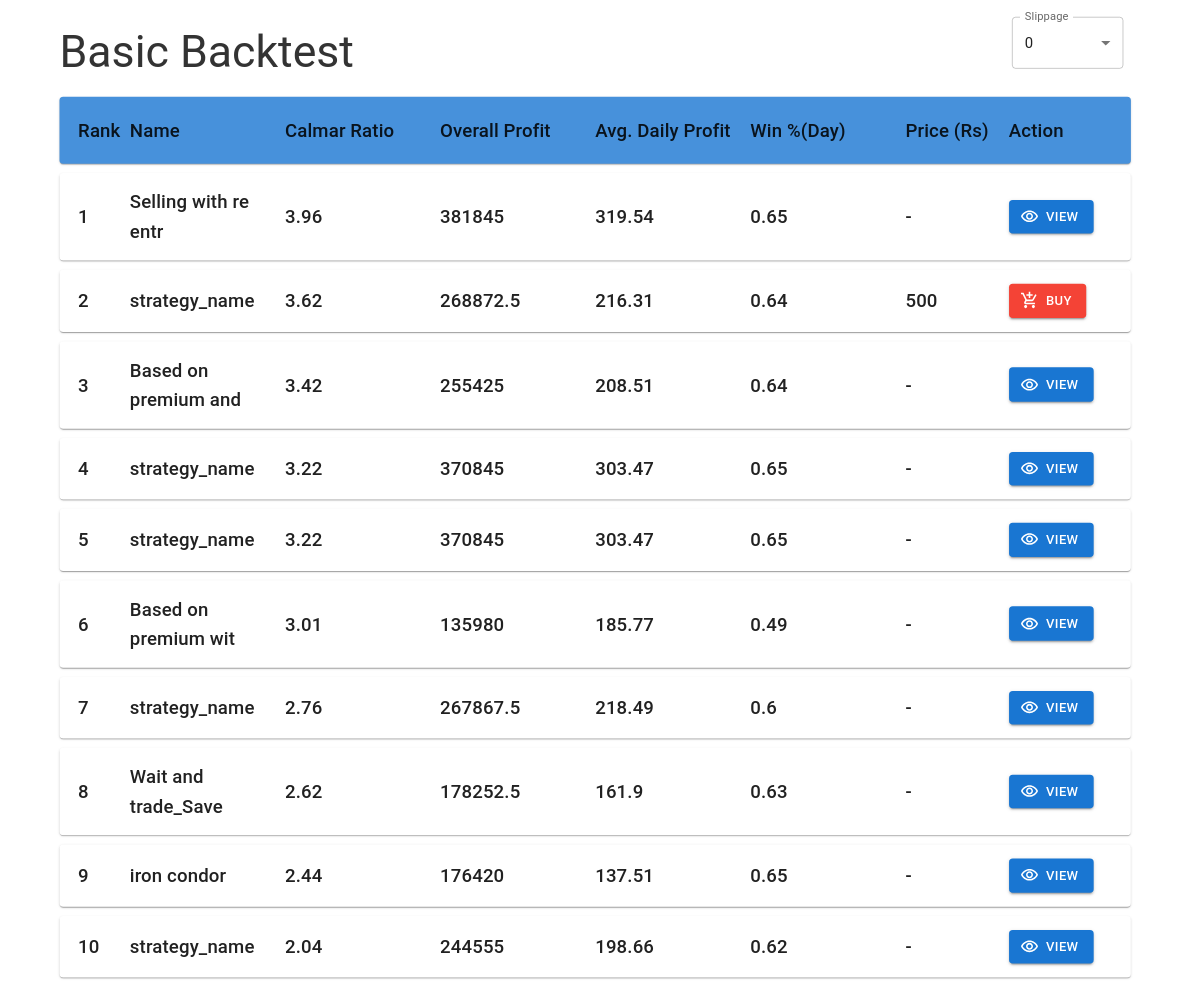
Repository: PraTEEkgUpTa2/Leaderboard
Page: /
The author's editor kept a copy of each file at every save. The page is drawn from the files as they stood at one save, then again after the next save.
The browser window is 1280 px wide. The pictures show the whole page, at 93% of full size.
The project was rebuilt for these pictures with package versions that can differ from the ones it lists, and the page was loaded fresh each time. Also part of the build but not shown: src/App.css.

Above is the page before, as saved 2024-05-28 13:58:52.

### src/index.js
import React from 'react';
import ReactDOM from 'react-dom';
import { ThemeProvider } from '@mui/material/styles';
import App from './App';
import theme from './theme'; // Import the theme object

const root = ReactDOM.createRoot(document.getElementById('root'));
root.render(

  <ThemeProvider theme={theme}>
  <App />
</ThemeProvider>

);

// If you want to start measuring performance in your app, pass a function
// to log results (for example: reportWebVitals(console.log))
// or send to an analytics endpoint. Learn more: https://bit.ly/CRA-vitals

### src/App.js
import React from 'react';
import './App.css';
import Leaderboard from './Leaderboard';

function App() {
  return (
    <div className="App">
      <Leaderboard />
    </div>
  );
}

export default App;

### src/theme.js
// theme.js

import { createTheme } from '@mui/material/styles';

const theme = createTheme({
  palette: {
    primary: {
      main: '#1976d2', // Background color for the table header
      dark: '#135fa8', // Hover color for primary buttons
    },
    error: {
      main: '#f44336', // Background color for "Buy" button
      dark: '#d32f2f', // Hover color for "Buy" button
    },
    common: {
      white: '#fff', // Text color for table header and buttons
    },
  },
});

export default theme;

### src/Leaderboard.js
import React, { useState } from 'react';
import data from './data.json';
import { Container, Box, Typography, FormControl, InputLabel, Select, MenuItem, Paper, Button } from '@mui/material';
import { VisibilityOutlined, AddShoppingCartOutlined } from '@mui/icons-material';
import { styled } from '@mui/system';
import { Line } from 'react-chartjs-2';
import 'chart.js/auto';

const TabContainer = styled(Box)(({ theme }) => ({
  display: 'flex',
  flexDirection: 'column',
  gap: '10px',
  marginTop: '20px',
}));

const TabHeader = styled(Paper)(({ theme }) => ({
  display: 'flex',
  justifyContent: 'space-between',
  alignItems: 'center',
  padding: '20px',
  backgroundColor: theme.palette.primary.light,
}));

const Tab = styled(Paper)(({ theme }) => ({
  display: 'flex',
  justifyContent: 'space-between',
  alignItems: 'center',
  padding: '15px 20px',
  transition: 'transform 0.3s, box-shadow 0.3s',
  '&:hover': {
    transform: 'translateY(-5px)',
    boxShadow: theme.shadows[5],
    zIndex: 1,
    position: 'relative',
  },
}));

const ViewButton = styled(Button)(({ theme }) => ({
  backgroundColor: theme.palette.primary.main,
  color: theme.palette.common.white,
  '&:hover': {
    backgroundColor: theme.palette.primary.dark,
  },
  '& .MuiButton-startIcon': {
    marginRight: theme.spacing(1),
  },
}));

const BuyButton = styled(Button)(({ theme }) => ({
  backgroundColor: theme.palette.error.main,
  color: theme.palette.common.white,
  '&:hover': {
    backgroundColor: theme.palette.error.dark,
  },
  '& .MuiButton-startIcon': {
    marginRight: theme.spacing(1),
  },
}));

const ChartCard = styled(Box)(({ theme }) => ({
  marginTop: '20px',
  padding: '20px',
  boxShadow: theme.shadows[3],
}));

const Leaderboard = () => {
  const [selectedRow, setSelectedRow] = useState(null);

  const handleRowClick = (row) => {
    setSelectedRow(row);
  };

  return (
    <Container>
      <Box display="flex" justifyContent="space-between" alignItems="center">
        <Typography variant="h3" style={{ color: '#333', marginTop: '20px' }}>
          Basic Backtest
        </Typography>
        <FormControl sx={{ m: 1, minWidth: 120 }}>
          <InputLabel id="slippage-label">Slippage</InputLabel>
          <Select
            labelId="slippage-label"
            id="slippage-select"
            defaultValue={0}
            label="Slippage"
          >
            <MenuItem value={0}>0</MenuItem>
            <MenuItem value={0.5}>0.5</MenuItem>
            <MenuItem value={1}>1</MenuItem>
          </Select>
        </FormControl>
      </Box>
      <TabContainer>
        <TabHeader>
          <Box flexBasis="5%">
            <Typography variant="h6">Rank</Typography>
          </Box>
          <Box flexBasis="15%">
            <Typography variant="h6">Name</Typography>
          </Box>
          <Box flexBasis="15%">
            <Typography variant="h6">Calmar Ratio</Typography>
          </Box>
          <Box flexBasis="15%">
            <Typography variant="h6">Overall Profit</Typography>
          </Box>
          <Box flexBasis="15%">
            <Typography variant="h6">Avg. Daily Profit</Typography>
          </Box>
          <Box flexBasis="15%">
            <Typography variant="h6">Win %(Day)</Typography>
          </Box>
          <Box flexBasis="10%">
            <Typography variant="h6">Price (Rs)</Typography>
          </Box>
          <Box flexBasis="10%">
            <Typography variant="h6">Action</Typography>
          </Box>
        </TabHeader>
        {data.map((row) => (
          <Tab key={row.Rank} onClick={() => handleRowClick(row)}>
            <Box flexBasis="5%">
              <Typography variant="h6">{row.Rank}</Typography>
            </Box>
            <Box flexBasis="15%">
              <Typography variant="h6">{row.Name}</Typography>
            </Box>
            <Box flexBasis="15%">
              <Typography variant="h6">{row["Calmar Ratio"]}</Typography>
            </Box>
            <Box flexBasis="15%">
              <Typography variant="h6">{row["Overall Profit"]}</Typography>
            </Box>
            <Box flexBasis="15%">
              <Typography variant="h6">{row["Avg. Daily Profit"]}</Typography>
            </Box>
            <Box flexBasis="15%">
              <Typography variant="h6">{row["Win %(Day)"]}</Typography>
            </Box>
            <Box flexBasis="10%">
              <Typography variant="h6">{row["Price (Rs)"] ? row["Price (Rs)"] : '-'}</Typography>
            </Box>
            <Box flexBasis="10%">
              {row.Action === 'View' ? (
                <ViewButton startIcon={<VisibilityOutlined />} variant="contained">
                  View
                </ViewButton>
              ) : (
                <BuyButton startIcon={<AddShoppingCartOutlined />} variant="contained">
                  Buy
                </BuyButton>
              )}
            </Box>
          </Tab>
        ))}
      </TabContainer>
      {selectedRow && (
        <ChartCard>
          <Typography variant="h6">{selectedRow.Name}</Typography>
          <Line
            data={{
              labels: ['Calmar Ratio', 'Overall Profit', 'Avg. Daily Profit', 'Win % (Day)', 'Price (Rs)'],
              datasets: [
                {
                  label: selectedRow.Name,
                  data: [
                    selectedRow['Calmar Ratio'],
                    selectedRow['Overall Profit'],
                    selectedRow['Avg. Daily Profit'],
                    selectedRow['Win %(Day)'],
                    selectedRow['Price (Rs)'],
                  ],
                  backgroundColor: '#36A2EB',
                  borderColor: '#36A2EB',
                  borderWidth: 1,
                  fill: false,
                },
              ],
            }}
            options={{
              responsive: true,
              maintainAspectRatio: false,
              scales: {
                y: {
                  beginAtZero: true,
                },
              },
            }}
            height={400}
            width={600}
          />
        </ChartCard>
      )}
    </Container>
  );
};

export default Leaderboard;

### src/data.json
[
    {
        "Rank": 1,
        "Name": "Selling with re entr",
        "Calmar Ratio": 3.96,
        "Overall Profit": 381845,
        "Avg. Daily Profit": 319.54,
        "Win %(Day)": 0.65,
        "Price (Rs)": null,
        "Action": "View"
    },
    {
        "Rank": 2,
        "Name": "strategy_name",
        "Calmar Ratio": 3.62,
        "Overall Profit": 268872.5,
        "Avg. Daily Profit": 216.31,
        "Win %(Day)": 0.64,
        "Price (Rs)": 500,
        "Action": "Buy"
    },
    {
        "Rank": 3,
        "Name": "Based on premium and",
        "Calmar Ratio": 3.42,
        "Overall Profit": 255425,
        "Avg. Daily Profit": 208.51,
        "Win %(Day)": 0.64,
        "Price (Rs)": null,
        "Action": "View"
    },
    {
        "Rank": 4,
        "Name": "strategy_name",
        "Calmar Ratio": 3.22,
        "Overall Profit": 370845,
        "Avg. Daily Profit": 303.47,
        "Win %(Day)": 0.65,
        "Price (Rs)": null,
        "Action": "View"
    },
    {
        "Rank": 5,
        "Name": "strategy_name",
        "Calmar Ratio": 3.22,
        "Overall Profit": 370845,
        "Avg. Daily Profit": 303.47,
        "Win %(Day)": 0.65,
        "Price (Rs)": null,
        "Action": "View"
    },
    {
        "Rank": 6,
        "Name": "Based on premium wit",
        "Calmar Ratio": 3.01,
        "Overall Profit": 135980,
        "Avg. Daily Profit": 185.77,
        "Win %(Day)": 0.49,
        "Price (Rs)": null,
        "Action": "View"
    },
    {
        "Rank": 7,
        "Name": "strategy_name",
        "Calmar Ratio": 2.76,
        "Overall Profit": 267867.5,
        "Avg. Daily Profit": 218.49,
        "Win %(Day)": 0.6,
        "Price (Rs)": null,
        "Action": "View"
    },
    {
        "Rank": 8,
        "Name": "Wait and trade_Save",
        "Calmar Ratio": 2.62,
        "Overall Profit": 178252.5,
        "Avg. Daily Profit": 161.9,
        "Win %(Day)": 0.63,
        "Price (Rs)": null,
        "Action": "View"
    },
    {
        "Rank": 9,
        "Name": "iron condor",
        "Calmar Ratio": 2.44,
        "Overall Profit": 176420,
        "Avg. Daily Profit": 137.51,
        "Win %(Day)": 0.65,
        "Price (Rs)": null,
        "Action": "View"
    },
    {
        "Rank": 10,
        "Name": "strategy_name",
        "Calmar Ratio": 2.04,
        "Overall Profit": 244555,
        "Avg. Daily Profit": 198.66,
        "Win %(Day)": 0.62,
        "Price (Rs)": null,
        "Action": "View"
    }
]

Loaded but not shown: public/index.html (common file)

After the next save:
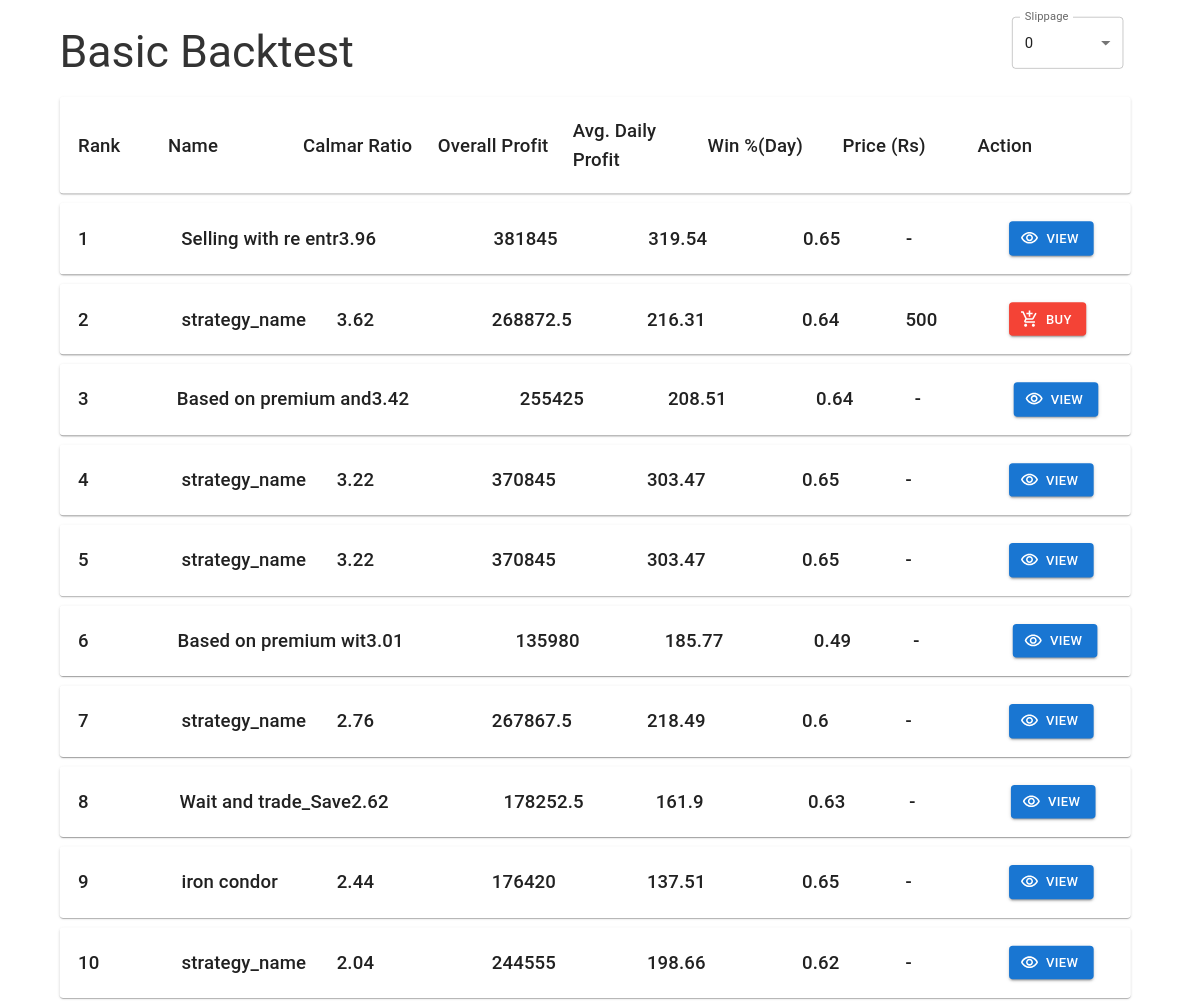
Saved 2 min 53 s later.
--- a/src/Leaderboard.js
+++ b/src/Leaderboard.js
@@ -13,19 +13,11 @@
   marginTop: '20px',
 }));
 
-const TabHeader = styled(Paper)(({ theme }) => ({
+const Tab = styled(Paper)(({ theme }) => ({
   display: 'flex',
   justifyContent: 'space-between',
   alignItems: 'center',
   padding: '20px',
-  backgroundColor: theme.palette.primary.light,
-}));
-
-const Tab = styled(Paper)(({ theme }) => ({
-  display: 'flex',
-  justifyContent: 'space-between',
-  alignItems: 'center',
-  padding: '15px 20px',
   transition: 'transform 0.3s, box-shadow 0.3s',
   '&:hover': {
     transform: 'translateY(-5px)',
@@ -63,6 +55,12 @@
   boxShadow: theme.shadows[3],
 }));
 
+const CellText = styled(Typography)(({ theme }) => ({
+  whiteSpace: 'nowrap',
+  overflow: 'hidden',
+  textOverflow: 'ellipsis',
+}));
+
 const Leaderboard = () => {
   const [selectedRow, setSelectedRow] = useState(null);
 
@@ -91,8 +89,8 @@
         </FormControl>
       </Box>
       <TabContainer>
-        <TabHeader>
-          <Box flexBasis="5%">
+        <Tab>
+          <Box flexBasis="10%">
             <Typography variant="h6">Rank</Typography>
           </Box>
           <Box flexBasis="15%">
@@ -110,20 +108,20 @@
           <Box flexBasis="15%">
             <Typography variant="h6">Win %(Day)</Typography>
           </Box>
-          <Box flexBasis="10%">
+          <Box flexBasis="15%">
             <Typography variant="h6">Price (Rs)</Typography>
           </Box>
-          <Box flexBasis="10%">
+          <Box flexBasis="15%">
             <Typography variant="h6">Action</Typography>
           </Box>
-        </TabHeader>
+        </Tab>
         {data.map((row) => (
           <Tab key={row.Rank} onClick={() => handleRowClick(row)}>
-            <Box flexBasis="5%">
-              <Typography variant="h6">{row.Rank}</Typography>
+            <Box flexBasis="10%">
+              <CellText variant="h6">{row.Rank}</CellText>
             </Box>
             <Box flexBasis="15%">
-              <Typography variant="h6">{row.Name}</Typography>
+              <CellText variant="h6">{row.Name}</CellText>
             </Box>
             <Box flexBasis="15%">
               <Typography variant="h6">{row["Calmar Ratio"]}</Typography>
@@ -134,7 +132,7 @@
             <Box flexBasis="15%">
               <Typography variant="h6">{row["Avg. Daily Profit"]}</Typography>
             </Box>
-            <Box flexBasis="15%">
+            <Box flexBasis="10%">
               <Typography variant="h6">{row["Win %(Day)"]}</Typography>
             </Box>
             <Box flexBasis="10%">
@@ -170,24 +168,12 @@
                     selectedRow['Win %(Day)'],
                     selectedRow['Price (Rs)'],
                   ],
-                  backgroundColor: '#36A2EB',
-                  borderColor: '#36A2EB',
+                  backgroundColor: ['#FF6384', '#36A2EB', '#FFCE56', '#66BB6A', '#FF7043'],
+                  borderColor: ['#FF6384', '#36A2EB', '#FFCE56', '#66BB6A', '#FF7043'],
                   borderWidth: 1,
-                  fill: false,
                 },
               ],
             }}
-            options={{
-              responsive: true,
-              maintainAspectRatio: false,
-              scales: {
-                y: {
-                  beginAtZero: true,
-                },
-              },
-            }}
-            height={400}
-            width={600}
           />
         </ChartCard>
       )}

After the save that followed:
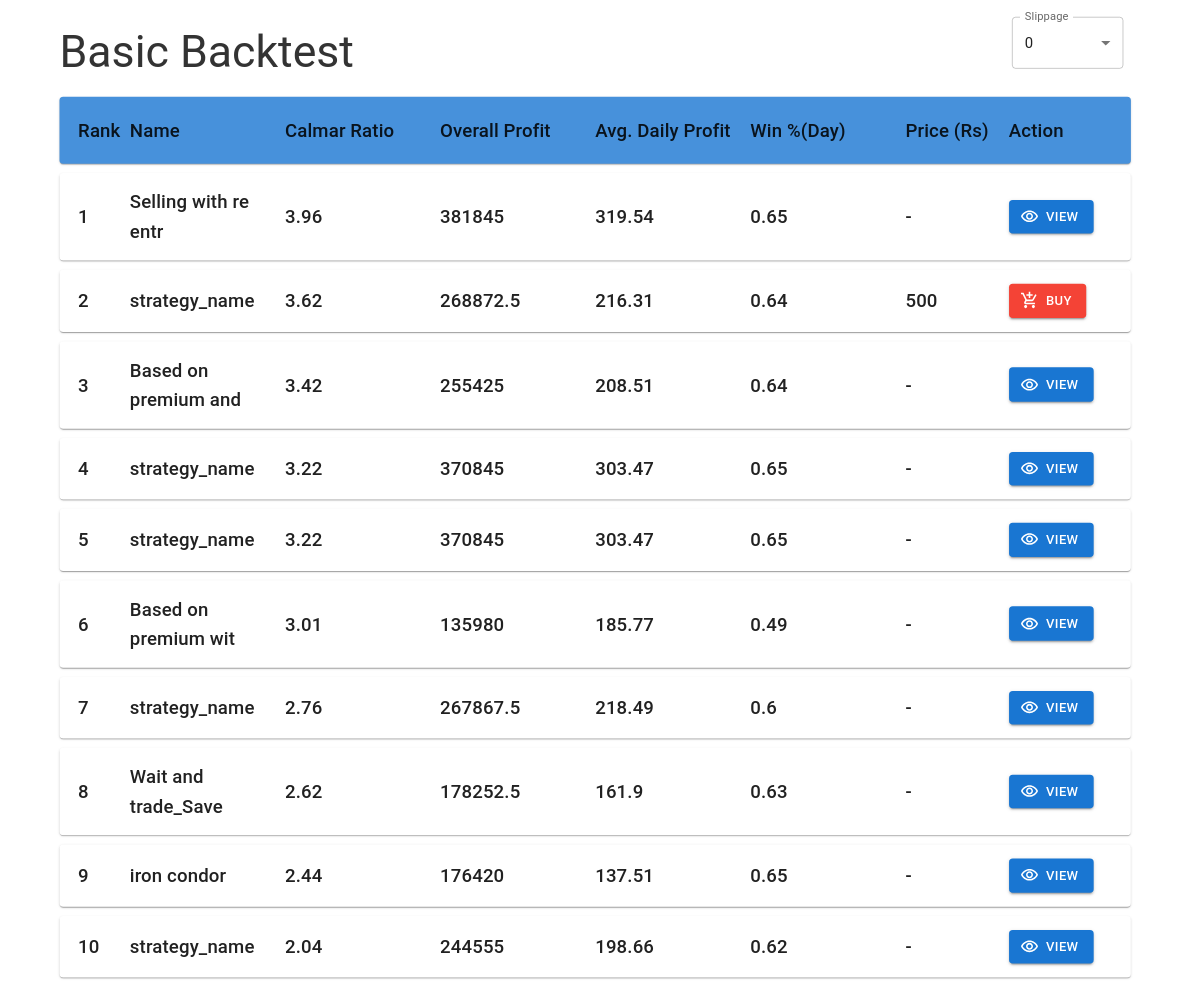
Saved 19 s later.
--- a/src/Leaderboard.js
+++ b/src/Leaderboard.js
@@ -13,11 +13,19 @@
   marginTop: '20px',
 }));
 
+const TabHeader = styled(Paper)(({ theme }) => ({
+  display: 'flex',
+  justifyContent: 'space-between',
+  alignItems: 'center',
+  padding: '20px',
+  backgroundColor: theme.palette.primary.light,
+}));
+
 const Tab = styled(Paper)(({ theme }) => ({
   display: 'flex',
   justifyContent: 'space-between',
   alignItems: 'center',
-  padding: '20px',
+  padding: '15px 20px',
   transition: 'transform 0.3s, box-shadow 0.3s',
   '&:hover': {
     transform: 'translateY(-5px)',
@@ -55,12 +63,6 @@
   boxShadow: theme.shadows[3],
 }));
 
-const CellText = styled(Typography)(({ theme }) => ({
-  whiteSpace: 'nowrap',
-  overflow: 'hidden',
-  textOverflow: 'ellipsis',
-}));
-
 const Leaderboard = () => {
   const [selectedRow, setSelectedRow] = useState(null);
 
@@ -89,8 +91,8 @@
         </FormControl>
       </Box>
       <TabContainer>
-        <Tab>
-          <Box flexBasis="10%">
+        <TabHeader>
+          <Box flexBasis="5%">
             <Typography variant="h6">Rank</Typography>
           </Box>
           <Box flexBasis="15%">
@@ -108,20 +110,20 @@
           <Box flexBasis="15%">
             <Typography variant="h6">Win %(Day)</Typography>
           </Box>
-          <Box flexBasis="15%">
+          <Box flexBasis="10%">
             <Typography variant="h6">Price (Rs)</Typography>
           </Box>
-          <Box flexBasis="15%">
+          <Box flexBasis="10%">
             <Typography variant="h6">Action</Typography>
           </Box>
-        </Tab>
+        </TabHeader>
         {data.map((row) => (
           <Tab key={row.Rank} onClick={() => handleRowClick(row)}>
-            <Box flexBasis="10%">
-              <CellText variant="h6">{row.Rank}</CellText>
+            <Box flexBasis="5%">
+              <Typography variant="h6">{row.Rank}</Typography>
             </Box>
             <Box flexBasis="15%">
-              <CellText variant="h6">{row.Name}</CellText>
+              <Typography variant="h6">{row.Name}</Typography>
             </Box>
             <Box flexBasis="15%">
               <Typography variant="h6">{row["Calmar Ratio"]}</Typography>
@@ -132,7 +134,7 @@
             <Box flexBasis="15%">
               <Typography variant="h6">{row["Avg. Daily Profit"]}</Typography>
             </Box>
-            <Box flexBasis="10%">
+            <Box flexBasis="15%">
               <Typography variant="h6">{row["Win %(Day)"]}</Typography>
             </Box>
             <Box flexBasis="10%">
@@ -168,12 +170,24 @@
                     selectedRow['Win %(Day)'],
                     selectedRow['Price (Rs)'],
                   ],
-                  backgroundColor: ['#FF6384', '#36A2EB', '#FFCE56', '#66BB6A', '#FF7043'],
-                  borderColor: ['#FF6384', '#36A2EB', '#FFCE56', '#66BB6A', '#FF7043'],
+                  backgroundColor: '#36A2EB',
+                  borderColor: '#36A2EB',
                   borderWidth: 1,
+                  fill: false,
                 },
               ],
             }}
+            options={{
+              responsive: true,
+              maintainAspectRatio: false,
+              scales: {
+                y: {
+                  beginAtZero: true,
+                },
+              },
+            }}
+            height={400}
+            width={600}
           />
         </ChartCard>
       )}
